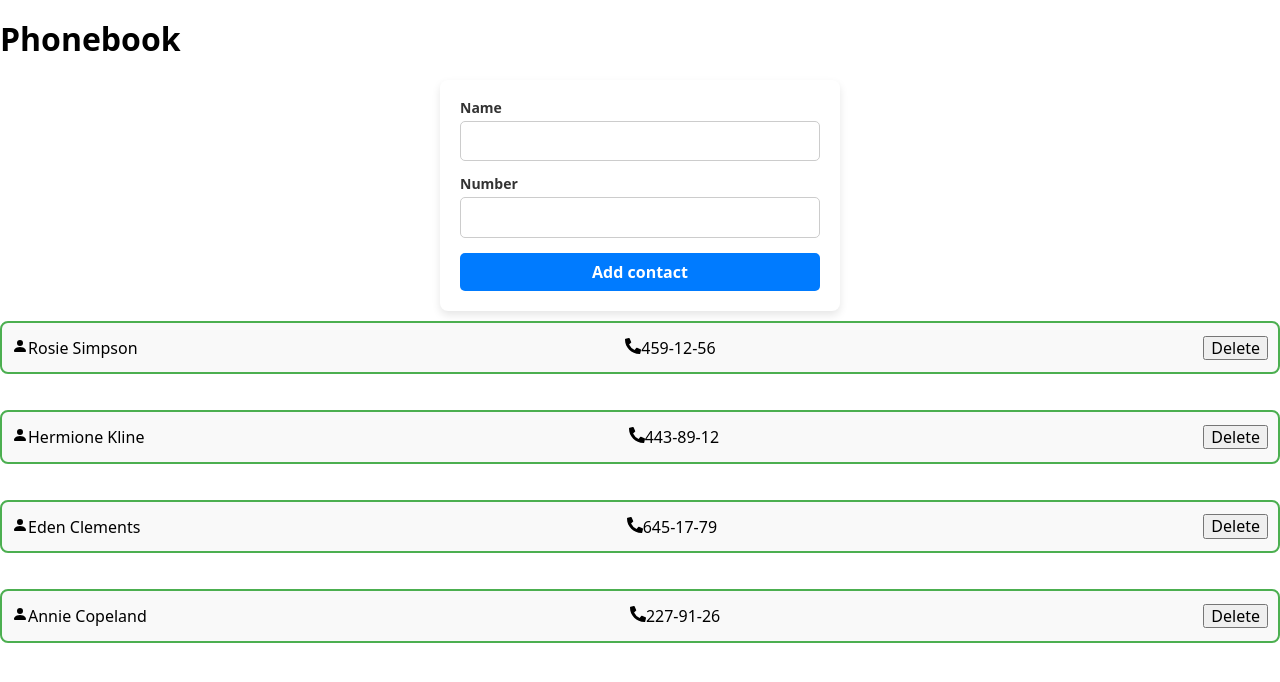
Repository: Evgeniya-Tishakova/goit-react-hw-03
Page: /
The author's editor kept a copy of each file at every save. The page is drawn from the files as they stood at one save, then again after the next save.
The browser window is 1280 px wide. The pictures show the whole page.
The project was rebuilt for these pictures with package versions that can differ from the ones it lists, and the page was loaded fresh each time. Also part of the build but not shown: vite.config.js, src/index.css, src/components/App/App.module.css.

Above is the page before, as saved 2025-03-09 14:25:54.

After the next save:
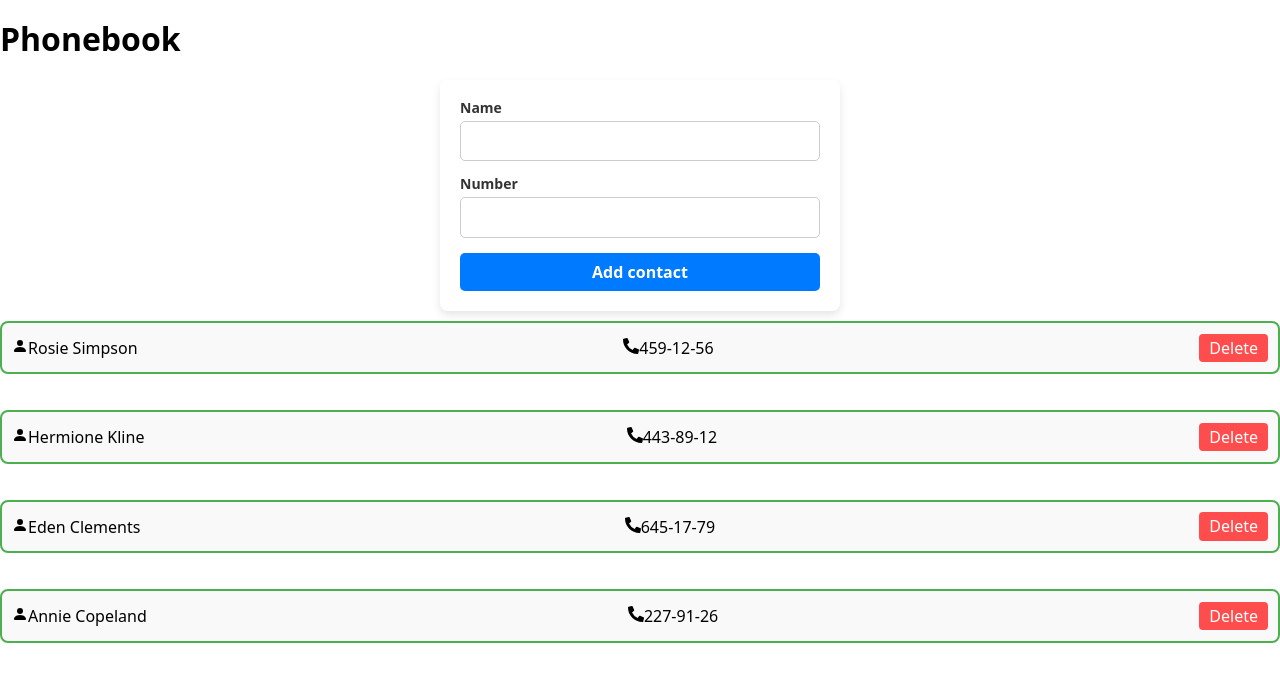
Saved 6 s later.
--- a/src/components/Contact/Contact.module.css
+++ b/src/components/Contact/Contact.module.css
@@ -4,4 +4,12 @@
 }
 
 
-.button {}
+.button {
+    padding: 5px 10px;
+    background-color: #ff4d4d;
+    border: none;
+    color: white;
+    border-radius: 4px;
+    cursor: pointer;
+    transition: background 0.3s;
+}
